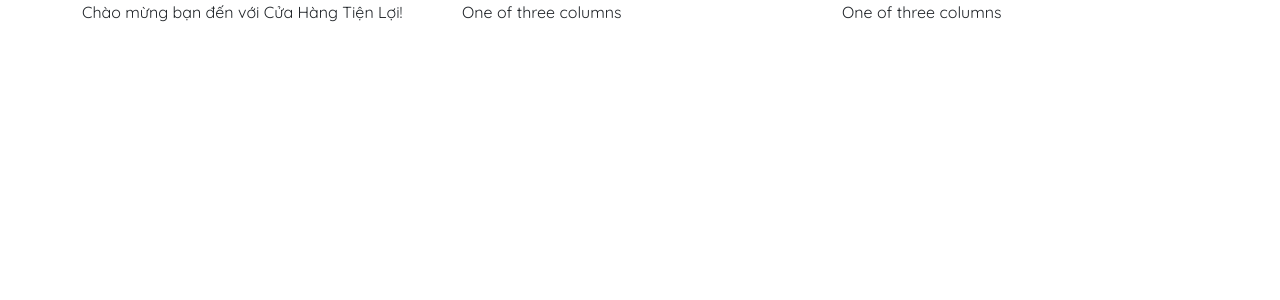
Repository: PAnhDuc/food.demo
Page: index.html
The author's editor kept a copy of each file at every save. The page is drawn from the files as they stood at one save, then again after the next save.
The browser window is 1280 px wide. The pictures show the whole page.
Some web libraries are served in a nearby version.

Above is the page before, as saved 2024-11-13 19:36:14.

After the next save:
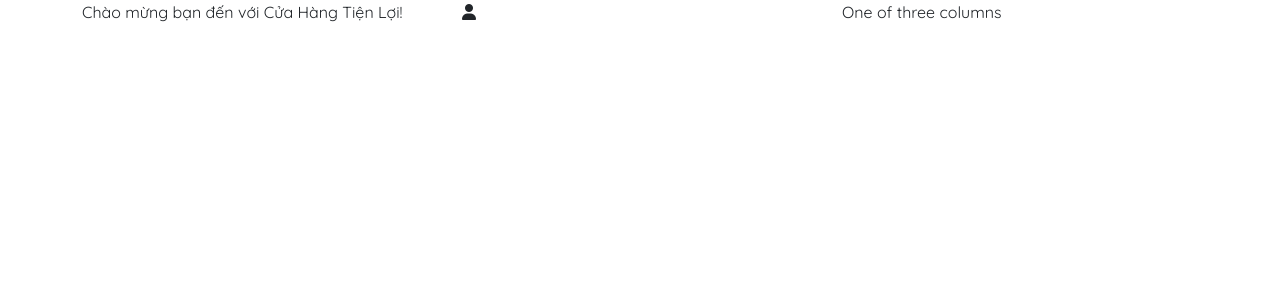
Saved 29 s later.
--- a/index.html
+++ b/index.html
@@ -20,7 +20,7 @@
                       Chào mừng bạn đến với Cửa Hàng Tiện Lợi!
                     </div>
                     <div class="col">
-                      One of three columns
+                        <i class="fa-solid fa-user"></i>
                     </div>
                     <div class="col">
                       One of three columns
